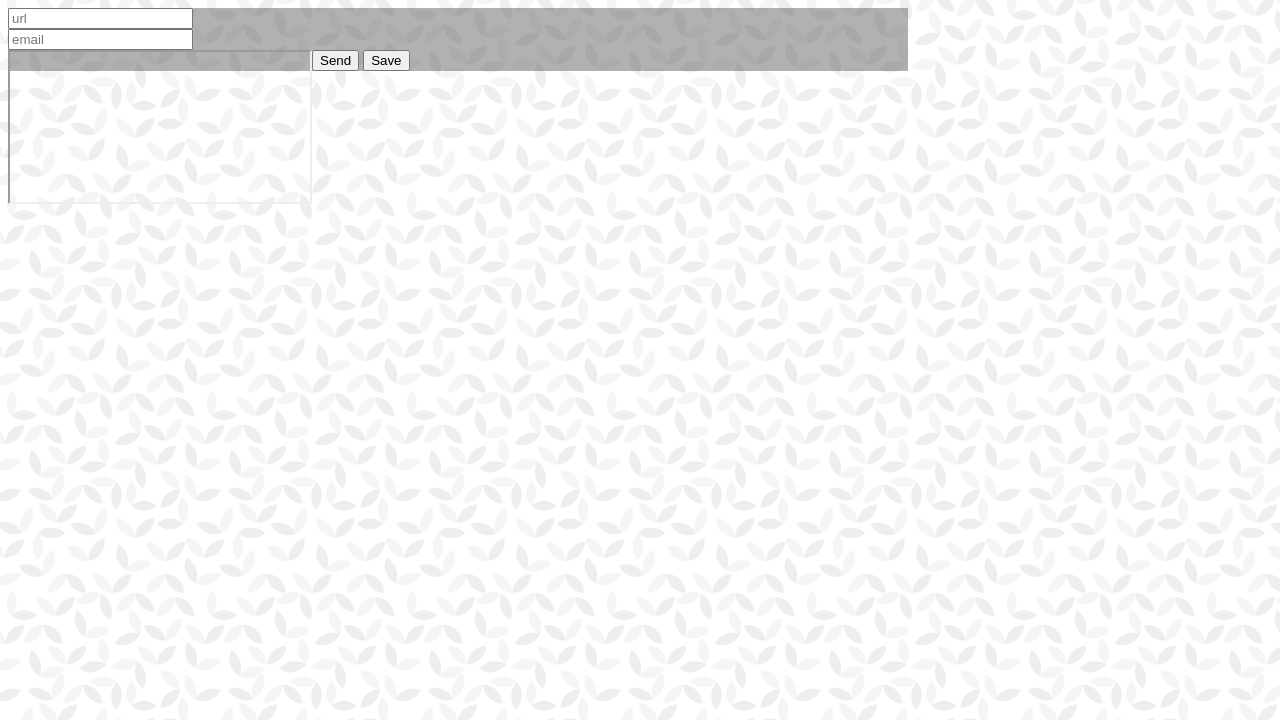
Repository: michalski9wsb/rss_final
Page: index.html
These files come from the project's save history. The page is drawn as it stood at one moment and after the next save; the edit follows.
The browser window is 1280 px wide. The pictures show the whole page.

Above is the page before, as saved 2020-02-23 12:11:35.

### index.html
<!DOCTYPE html>
<html lang="pl">
    <head>
        <meta charset="utf-8" />
        <title>Send RSS</title>
        <meta name="deskription" content="Apk for RSS" />
        <meta name="keywords" content="RSS,aplication, send" />
        <meta http-equiv="X-UA-Compatioble" content="IE=edge,chrome=1" />
        <link href="style.css" rel="stylesheet" type="text/css" />
    </head>
    <body>
        <form method="get" action="send.php">
            <div class="url-flex row">
                <input id="url"  name="url" type="url" placeholder="url"/>
            </div>
            <div class="email-flex row">
                <div id="helper"><input id="email"  name="email" type="email" placeholder="email" /></div>
                <div id="debug">
                    <iframe id="debug" name="debug">

                    </iframe>
                </div>
             </div>

            <div class="row">
                <input id="send" type="submit" value="Send"/>
                <button id="save" name="save">Save</button>
            </div>
        </form>
    </body>
</html>

### style.css
body{
    background-image: url(geometric-leaves/geometric-leaves.png);
}
form{
    width: 900px;
    background-color: rgba(100, 100, 100, .5);
}
#debug{
    float: left;
}

After the next save:
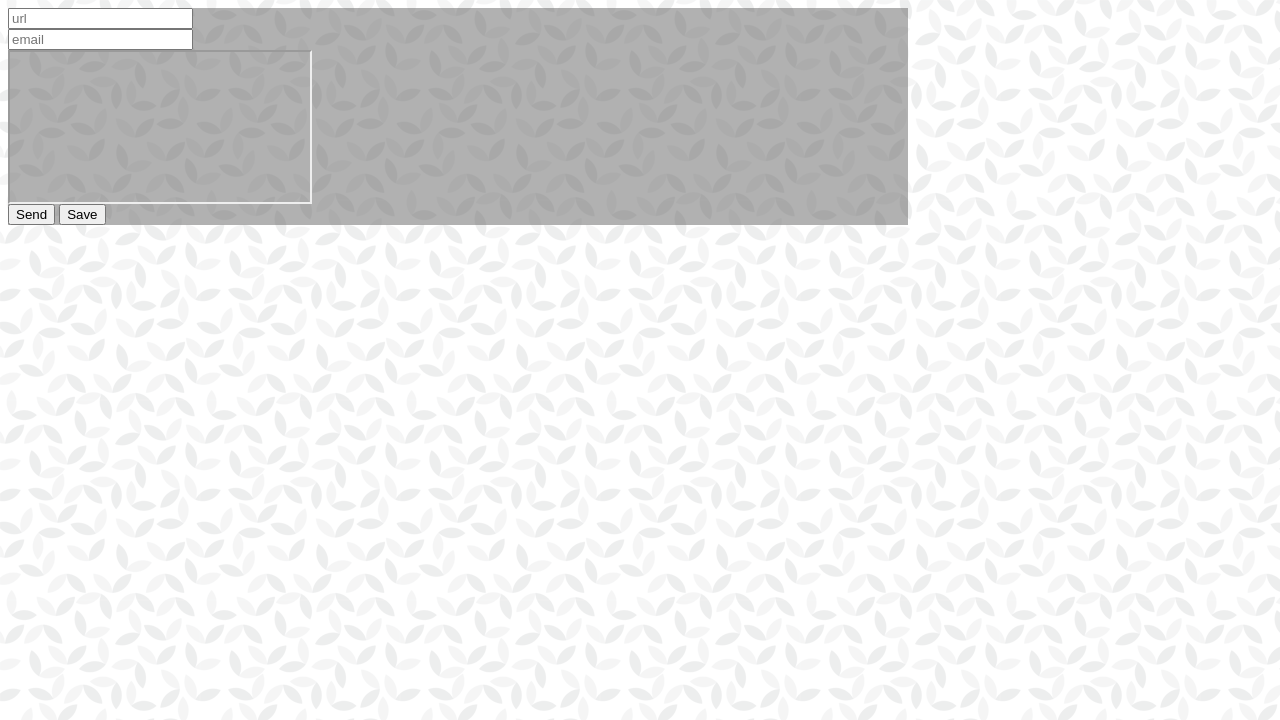
Saved 24 s later.
--- a/index.html
+++ b/index.html
@@ -21,7 +21,7 @@
                     </iframe>
                 </div>
              </div>
-
+             <div style="clear:both;"></div>
             <div class="row">
                 <input id="send" type="submit" value="Send"/>
                 <button id="save" name="save">Save</button>
